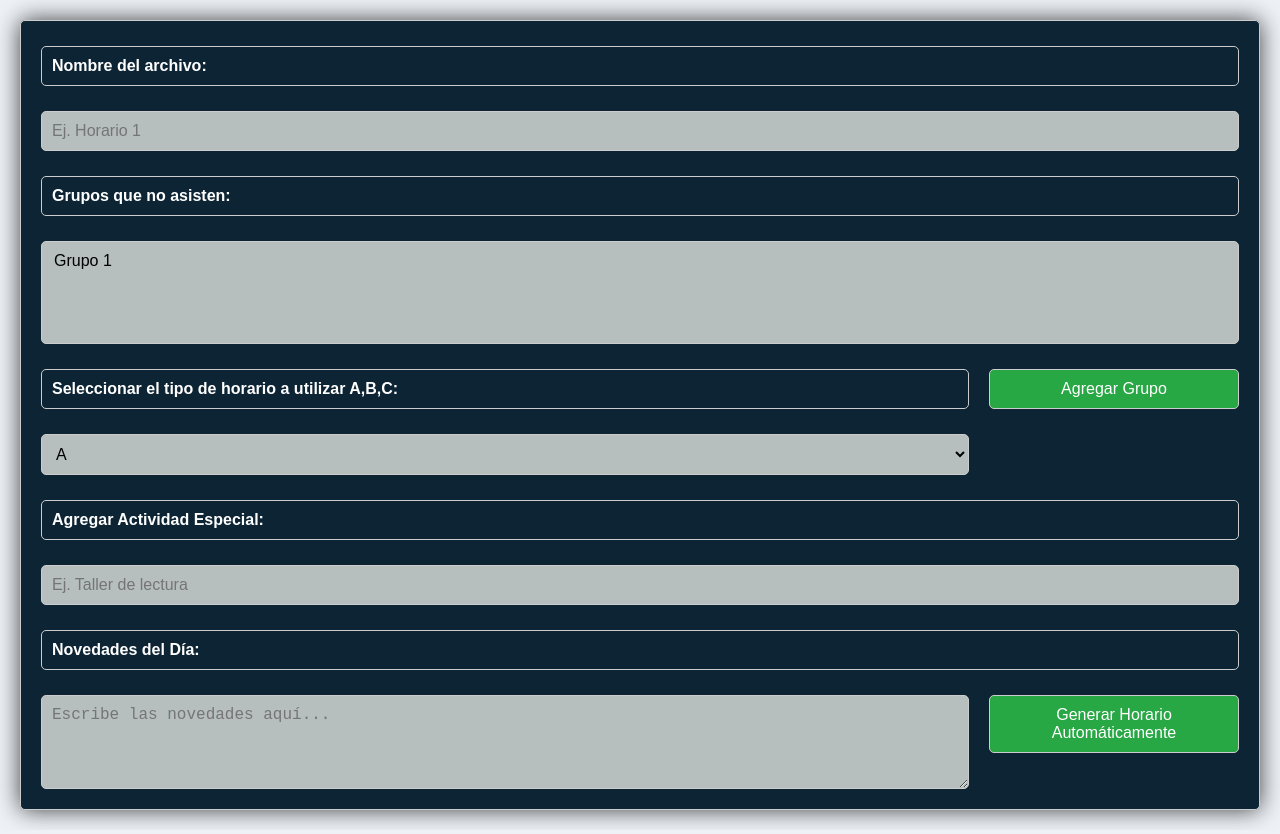
Repository: Shyk0/Zeitplan
Page: FormularioMaterias_page.html
The author's editor kept a copy of each file at every save. The page is drawn from the files as they stood at one save, then again after the next save.
The browser window is 1280 px wide. The pictures show the part of the page from y = 436 to 1270 px (the page is 1270 px tall before and 1250 px after).

Above is the page before, as saved 2024-11-07 13:32:56.

After the next save:
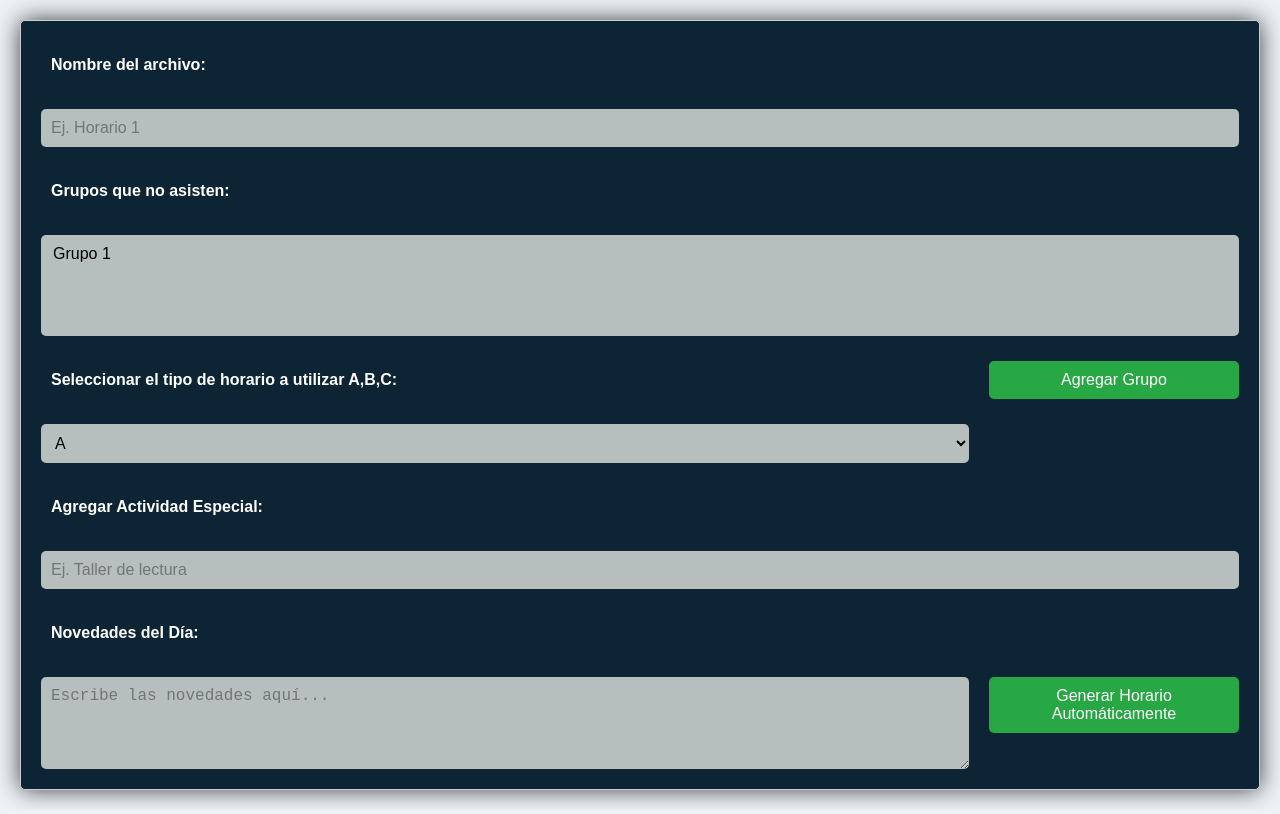
Saved 37 s later.
--- a/styles/styles_formulario_page.css
+++ b/styles/styles_formulario_page.css
@@ -128,6 +128,7 @@
 
 }
 
+
 .form-container label, .form-container select, .form-container input, .form-container textarea, .form-container button {
     flex: 75%;
     min-width: 200px;
@@ -136,7 +137,7 @@
     width: calc(100% - 20px);
     padding: 10px;
     margin-top: 5px;
-    border: 1px solid #ccc;
+    border: 1px var(--color-backgroundForm);
     border-radius: 5px;
     box-sizing: border-box;
 }

After the save that followed:
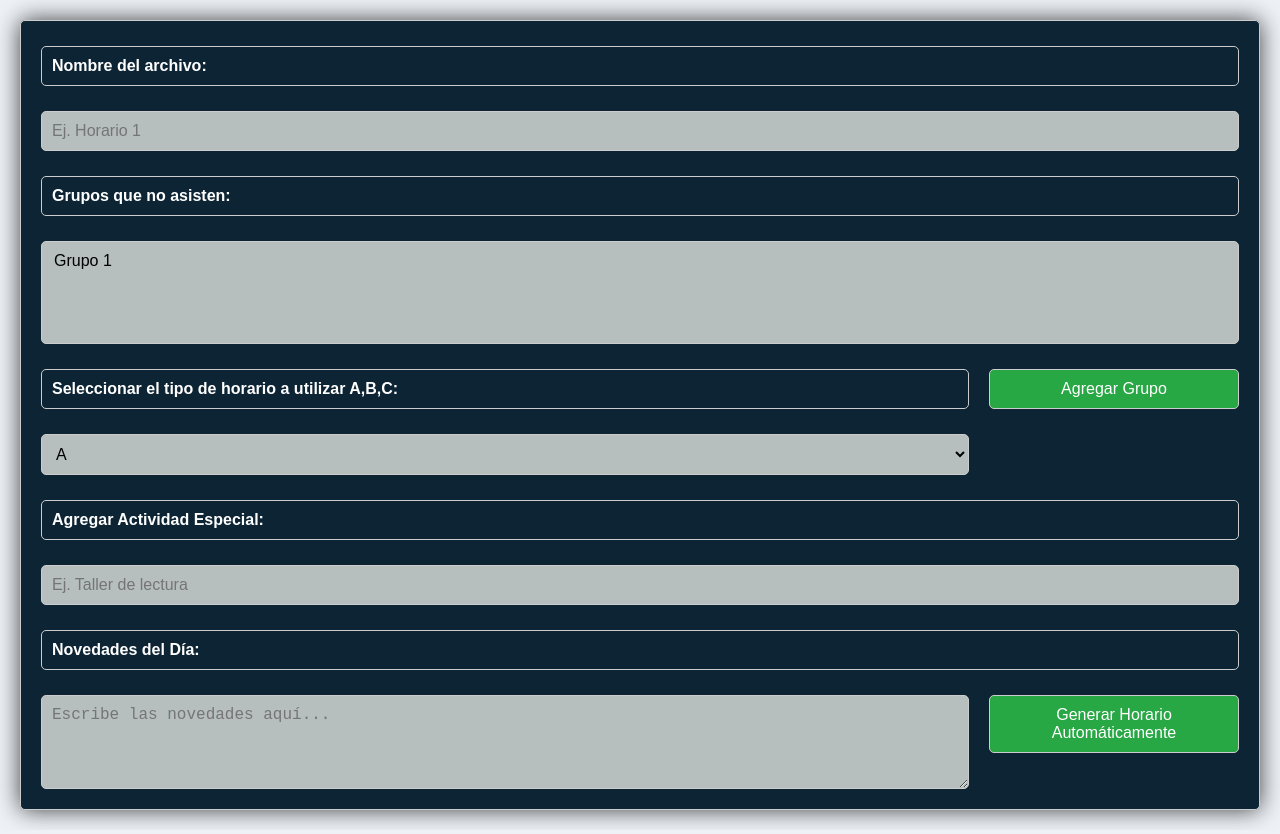
Saved 15 s later.
--- a/styles/styles_formulario_page.css
+++ b/styles/styles_formulario_page.css
@@ -137,7 +137,7 @@
     width: calc(100% - 20px);
     padding: 10px;
     margin-top: 5px;
-    border: 1px var(--color-backgroundForm);
+    border: 1px solid #ccc;
     border-radius: 5px;
     box-sizing: border-box;
 }
